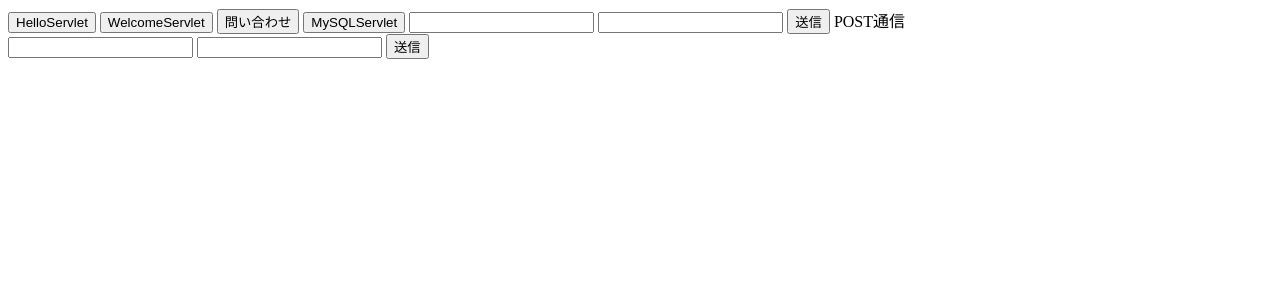
Repository: 8luemitsuho/test
Page: http://localhost/HelloServlet/
These files come from the project's save history. The page is drawn as it stood at one moment and after the next save; the edit follows.
The browser window is 1280 px wide. The pictures show the whole page.
The page is served by Tomcat 9.

Above is the page before, as saved 2019-06-30 08:39:53.

After the next save:
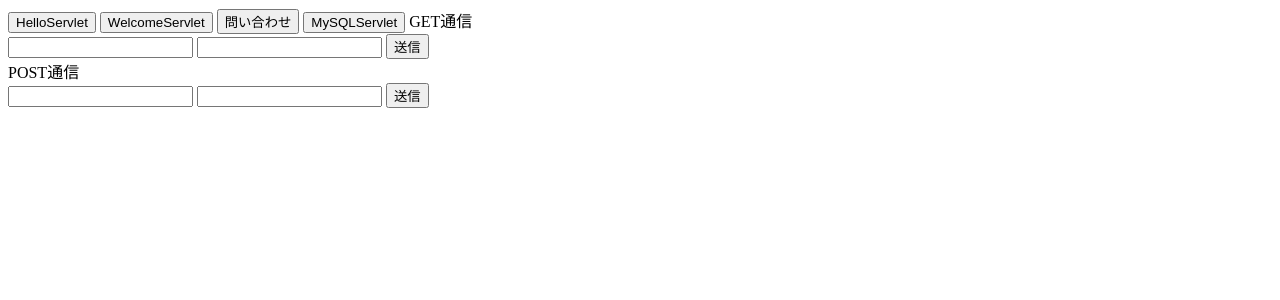
Saved 19 s later.
--- a/HelloServlet/WebContent/index.jsp
+++ b/HelloServlet/WebContent/index.jsp
@@ -10,7 +10,7 @@
 	<input type="button" value="HelloServlet" onClick="location.href='HelloServlet'">
 	<input type="button" value="WelcomeServlet" onClick="location.href='welcome.jsp'">
 	<input type="button" value="問い合わせ" onClick="location.href='inquiry.jsp'">
-	<input type="button" value="MySQLServlet" onClick="location.href='MySQLServlet'"
+	<input type="button" value="MySQLServlet" onClick="location.href='MySQLServlet'">
 	GET通信
 	<form method="get" action="TestServlet">
 		<input type="text" name="username">
